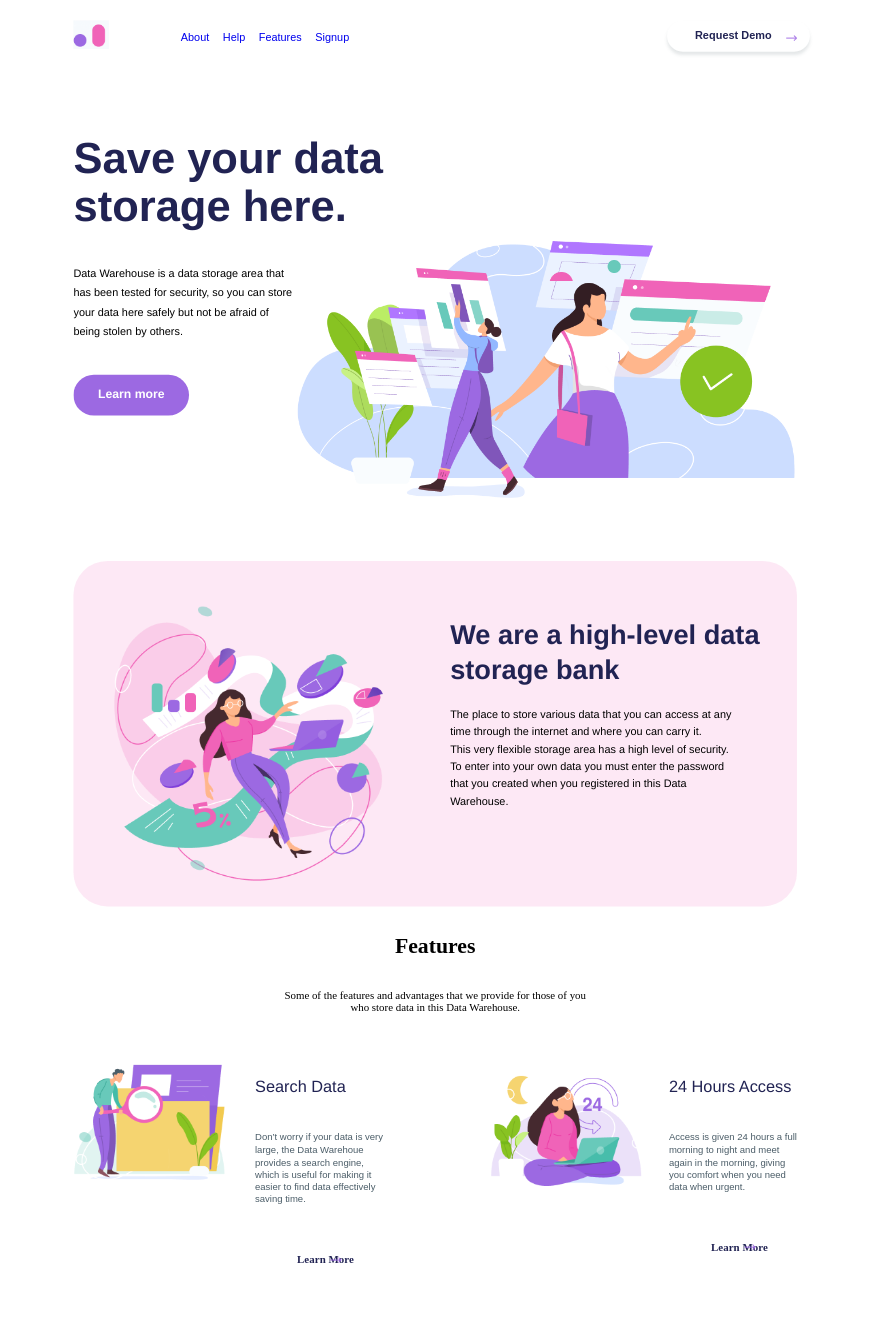
Repository: batonAnton/HW6_flexbox
Page: index.html
These files come from the project's save history. The page is drawn as it stood at one moment and after the next save; the edit follows.
The browser window is 1280 px wide. The pictures show the whole page, at 68% of full size.
Some web fonts or font styles are not loaded; a fallback is used.

Above is the page before, as saved 2022-06-18 13:08:55.

### index.html
<!DOCTYPE html>
<html lang="en">
<head>
    <meta charset="UTF-8">
    <meta http-equiv="X-UA-Compatible" content="IE=edge">
    <meta name="viewport" content="width=device-width, initial-scale=1.0">
    <link href="http://fonts.cdnfonts.com/css/helvetica-neue-9" rel="stylesheet">
    <link rel="stylesheet" href="./fonts/Helvetica-Bold.ttf">
    <link rel="stylesheet" href="./fonts/AvenirLTStd-Black.otf">
    <link rel="stylesheet" href="./css/style.css">
    <title>FlexBox</title>
</head>
<body>
    <header>
        <div class="logo">
            <img src="./images/logo.png" alt="logo">
        </div>

        <nav>
            <ul>
                <li>
                    <a href="#">about</a>
                </li>
                <li>
                    <a href="#">help</a>
                </li>
                <li>
                    <a href="#">features</a>
                </li>
                <li>
                    <a href="#">signup</a>
                </li>
            </ul>
        </nav>

        <div class="header-btn">
            <div>
                <button>request demo</button>
            </div>
            <div class="btn-img">
                <img src="./images/right-arrow.png" alt="arrow-right" >
            </div>
        </div>
    </header>

    <div class="section allstyles">
        <div class="info">
            <h1>Save your data <br> storage here.</h1>
            <p>Data Warehouse is a data storage area that <br>has been
                tested for security, so you can store <br> your data here
                safely but not be afraid of <br> being stolen by others.</p>
            <button>Learn more</button>
        </div>

        <div class="section-img">
            <img src="./images/headerImg.png" alt="">
        </div>
    </div>

    <div class="section2 allstyles">
        <div class="sectin2-img">
            <img src="./images/assideimg.png" alt="assideimg">
        </div>

        <div class="section2-info">
            <h1>We are a high-level data <br> storage bank</h1>
            <p>
                The place to store various data that you can access at any <br> time through the internet  and where you can carry it. <br>
                This very flexible storage area has a high level of security. <br> To enter into your own data you must enter the password <br> that you created when you registered in this Data <br> Warehouse.
            </p>
        </div>
    </div>

    <div class="section3 allstyles">
        <h1 class="section3-header"> Features</h1>
        <p class="section3-header">Some of the features and advantages that we provide for those of you <br> who store data in this Data Warehouse.</p>

        <div class="row1">
            <div class="block">
                <img src="./images/section3/image1 1.png" alt="img">
                <div class="info">
                    <h1>Search Data</h1>
                <p>
                    Don’t worry if your data is very <br> large, the Data Warehoue <br> provides a search engine, <br> which is useful for making it <br> easier to find data effectively <br> saving time.
                </p>

                <div class="header-btn section3-btn">
                    <div>
                        <button>Learn more</button>
                    </div>
                    <div class="btn-img">
                        <img src="./images/right-arrow.png" alt="arrow-right" >
                    </div>
                </div>
                </div>

            </div>


            <div class="block">
                <img src="./images/section3/image2.png" alt="img">
                <div class="info">
                    <h1>24 Hours Access</h1>
                <p>
                    Access is given 24 hours a full <br> morning to night and
                    meet <br> again in the morning, giving <br> you comfort when
                    you need <br> data when urgent.
                </p>

                <div class="header-btn section3-btn">
                    <div>
                        <button>Learn more</button>
                    </div>
                    <div class="btn-img">
                        <img src="./images/right-arrow.png" alt="arrow-right" >
                    </div>
                </div>
                </div>

            </div>
        </div>
    </div>
</body>
</html>

### css/style.css
body {
  box-sizing: border-box;
  font-family: "Avenir";
}

.allstyles{
    margin: 70px 100px;
}

header {
  display: flex;
  margin: 30px 100px;
  justify-content: space-between;
  /* border: 1px solid gray; */
 font-family: Arial, Helvetica, sans-serif;
  font-size: 16px;
}


nav {
  margin-right: 40%;
}

nav ul {
  display: flex;
  list-style: none;
  color: #4b5d68;
}

nav ul li a {
  text-decoration: none;
  padding-left: 20px;
  text-transform: capitalize;
}

.header-btn {
  display: flex;
  justify-content: center;
}


.header-btn button {
  padding: 15px 30px 15px 15px;
  text-transform: capitalize;
  border: none;
  border-radius: 50px;
  background: #ffffff;
  box-shadow: 0px 5px 5px rgb(75 93 104 / 15%);
  width: 210px;
  color: #212353;
  font-size: 16px;
  font-weight: 800;
  line-height: 100%;
  letter-spacing: 0.005em;
}

.btn-img {
  margin-left: -35px;
  padding-left: -15px;
  align-self: center;
}

button img {
  padding-top: 5px;
  margin-left: 5px;
}

button:hover {
  border: 1px solid rgba(156, 105, 226, 1);
  text-decoration: underline;
}

.section {
  display: flex;
  position: relative;
  height: 600px;
  overflow: hidden;
}


.info {
  width: 50%;
}

.section h1 {
  font-style: normal;
  font-weight: 700;
  font-size: 4rem;
  line-height: 110%;
  font-family: "Helvetica Neue", sans-serif;
  color:#212353;
  font-weight: 700;
}



.section p {
  font-family: 'Avenir', Helvetica, sans-serif;
  font-style: normal;
  font-weight: 500;
  font-size: 16px;
  line-height: 28px;
  margin-top: 50px;
  margin-bottom: 50px;
}

.section-img {
  position: absolute;
  bottom: 1%;
  right: -13%;
}
.section-img img {
  width: 84%;
}

.info button{
    font-family: 'Avenir', Helvetica, sans-serif;
    font-style: normal;
    font-weight: 700;
    font-size: 18px;
    line-height: 160%;
    background-color: #9C69E2;
    border-radius: 50px;
    color: #ffffff;
    width: 170px;
    height: 60px;
    border: none;
    cursor: pointer;
}


.section2{
    display: flex;
    justify-content: space-between;
    background: rgba(240, 99, 184, 0.15);
    border-radius: 50px;
    font-family: 'Avenir', Helvetica, sans-serif;
}

.section2 h1{
    font-style: normal;
    font-weight: 700;
    font-size: 40px;
    line-height: 130%;
    color: #212353;
}

.section2 p{
    font-family: 'Avenir', Helvetica, sans-serif;
font-style: normal;
font-weight: 400;
font-size: 16px;
line-height: 160%;
}

.section2-info{
    padding:55px;
}


.section3-header{
    text-align: center;
    margin: -30px 0 75px 0;
}

.row1{
    display: flex;
    justify-content: space-between;
}

.row1 .block img{
    float: left;
}

.section3 .info{
  float: right;
  width: auto;
  margin-left: 35px;
}

.section3 .info h1{
  font-family: 'Helvetica';
font-style: normal;
font-weight: 400;
font-size: 24px;
line-height: 130%;
color: #212353;
}

.section3 .info p{
  font-family: 'Avenir',  sans-serif;
font-style: normal;
font-weight: 200;
font-size: 14px;
line-height: 130%;
color: #4B5D68;
margin-top: 50px;
margin-bottom: 50px;
}

.section3 .section3-btn button{
  padding:0;
  color: #212353;
  box-shadow: none;
  background-color: #ffffff;
  font-family: 'Avenir';
font-style: normal;
font-weight: 900;
font-size: 16px;
line-height: 160%;
letter-spacing: 0.005em;
width:85px;
}

After the next save:
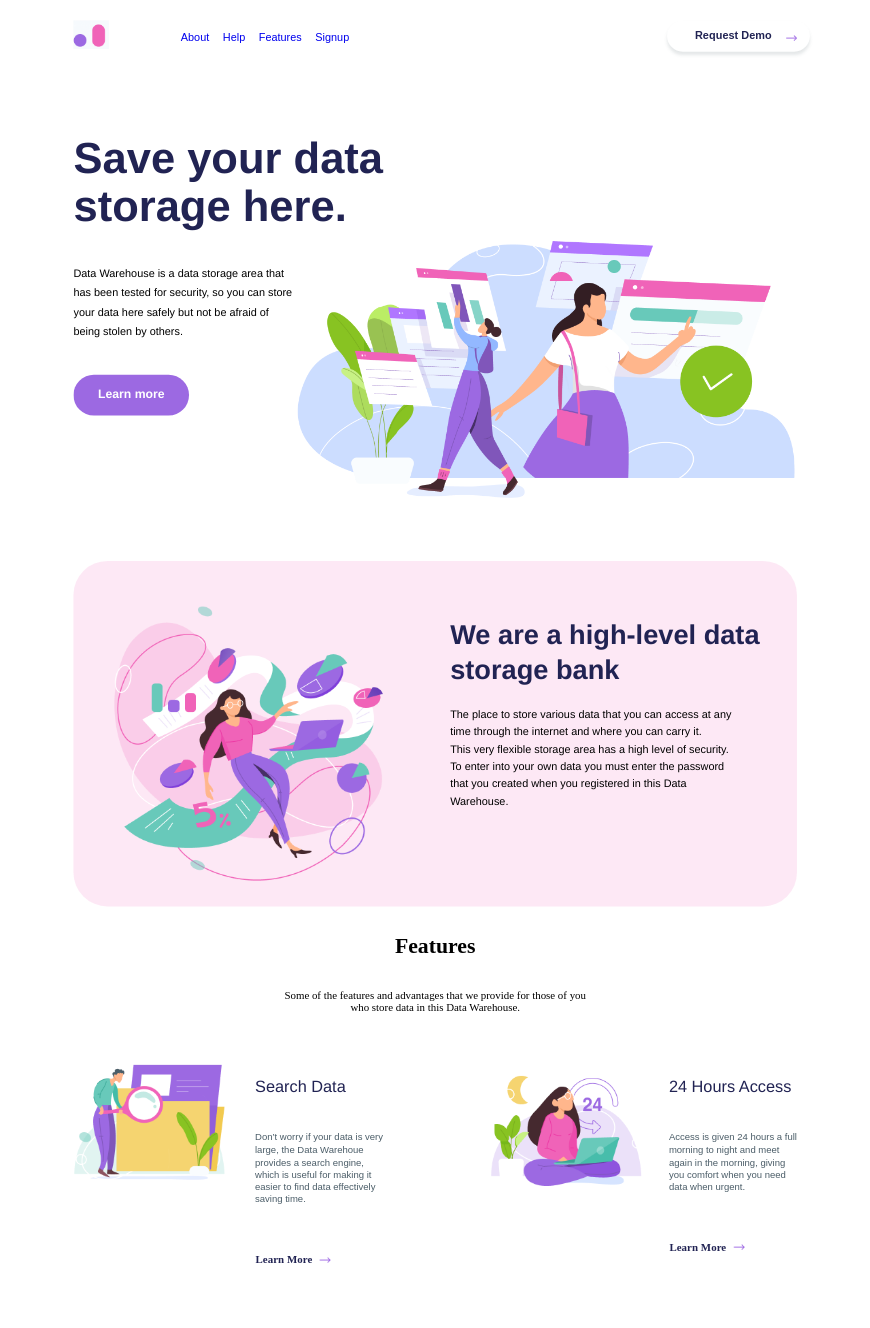
Saved 4 min 34 s later.
--- a/css/style.css
+++ b/css/style.css
@@ -211,3 +211,12 @@ line-height: 160%;
 letter-spacing: 0.005em;
 width:85px;
 }
+
+.section3 .header-btn{
+  display: flex;
+  justify-content: flex-start;
+}
+
+.section3 .btn-img{
+  margin-left: 10px;
+}
